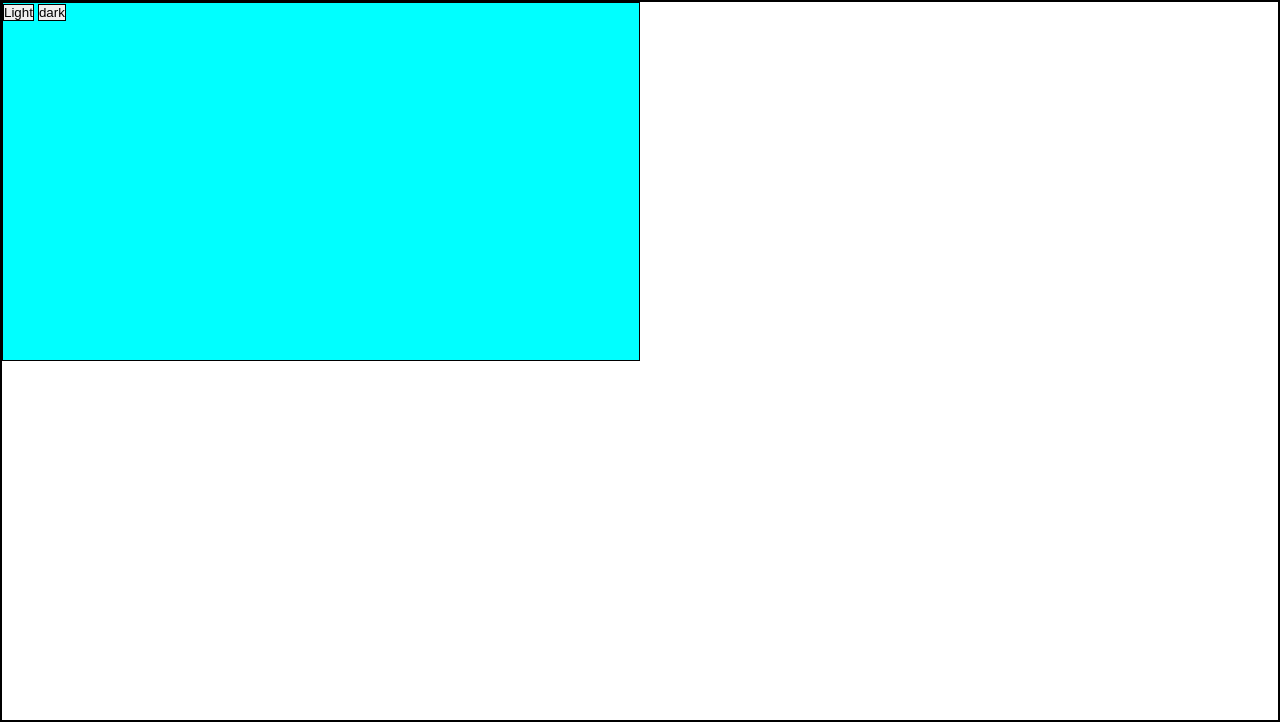
Repository: Yuukicoder/basicProject
Page: project1.html
An editor plug-in stored every save of this project. The page is shown before and after the next save, followed by the edit.
The browser window is 1280 px wide. The pictures show the whole page.

Above is the page before, as saved 2023-02-24 22:28:24.

After the next save:
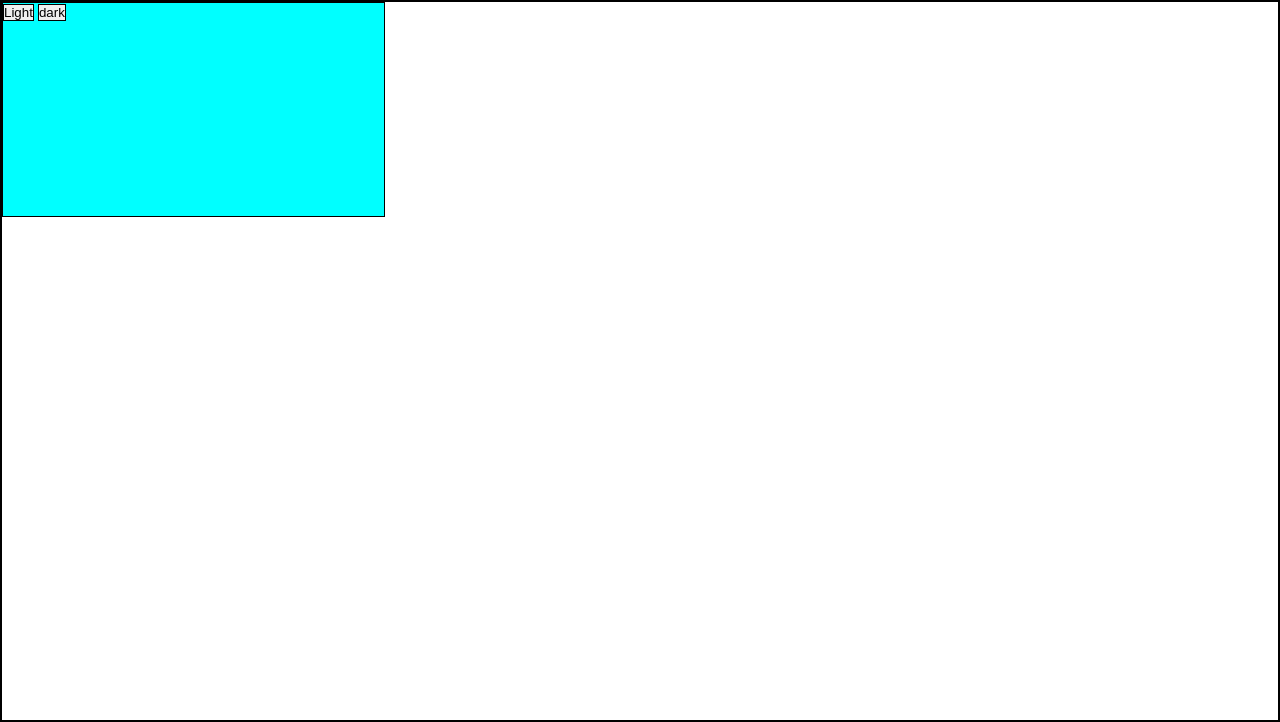
Saved 12 s later.
--- a/assets/css/project1.css
+++ b/assets/css/project1.css
@@ -8,7 +8,7 @@ body {
   height: 100vh;
 }
 .box {
-  height: 50%;
-  width: 50%;
+  height: 30%;
+  width: 30%;
   background-color: aqua;
 }
